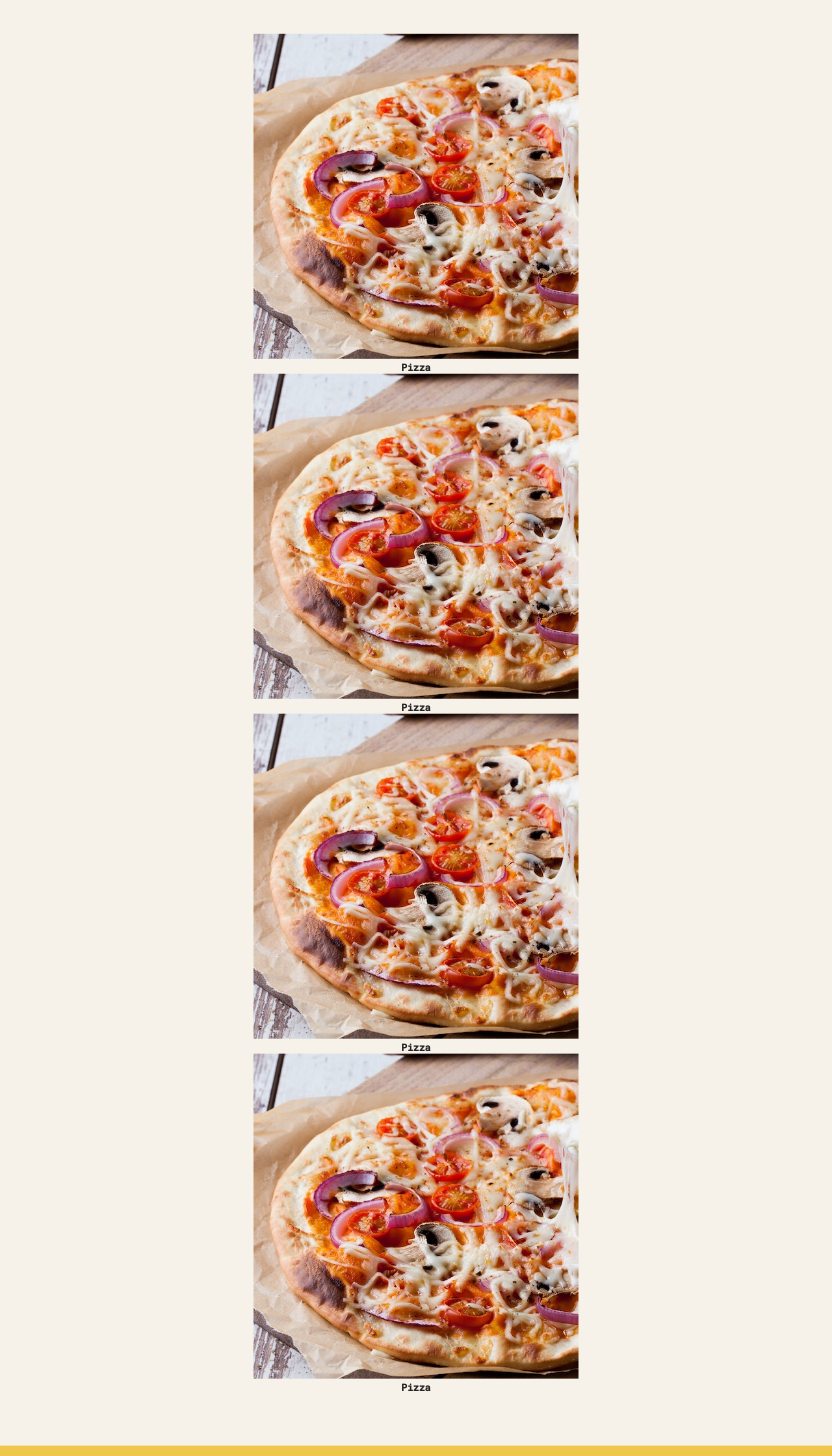
Repository: balaji-ummadisetty/reactPropsPractice
Page: /
An editor plug-in stored every save of this project. The page is shown before and after the next save, followed by the edit.
The browser window is 1280 px wide. The pictures show the whole page, at 65% of full size.
The project was rebuilt for these pictures with package versions that can differ from the ones it lists, and the page was loaded fresh each time. Also part of the build but not shown: vite.config.js.

Above is the page before, as saved 2024-05-08 22:16:47.

After the next save:
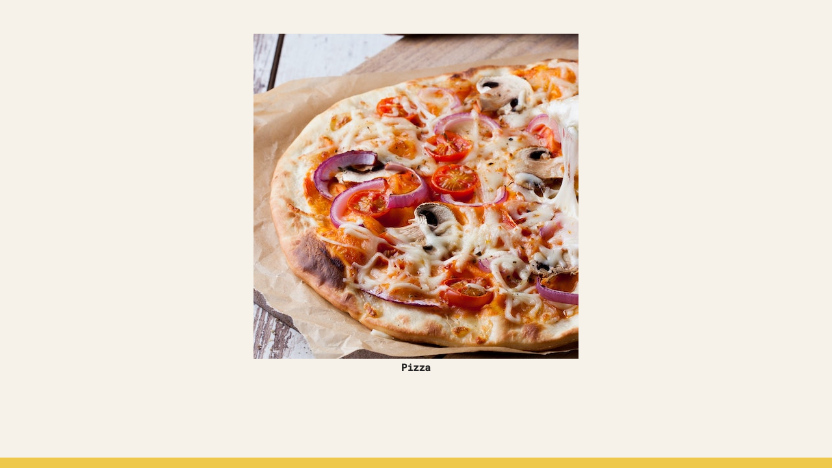
Saved 4 s later.
--- a/src/App.jsx
+++ b/src/App.jsx
@@ -25,9 +25,6 @@ function App() {
             <Menu />
             <Footer />
             <Pizza />
-            <Pizza />
-            <Pizza />
-            <Pizza />
         </>
     );
 }
